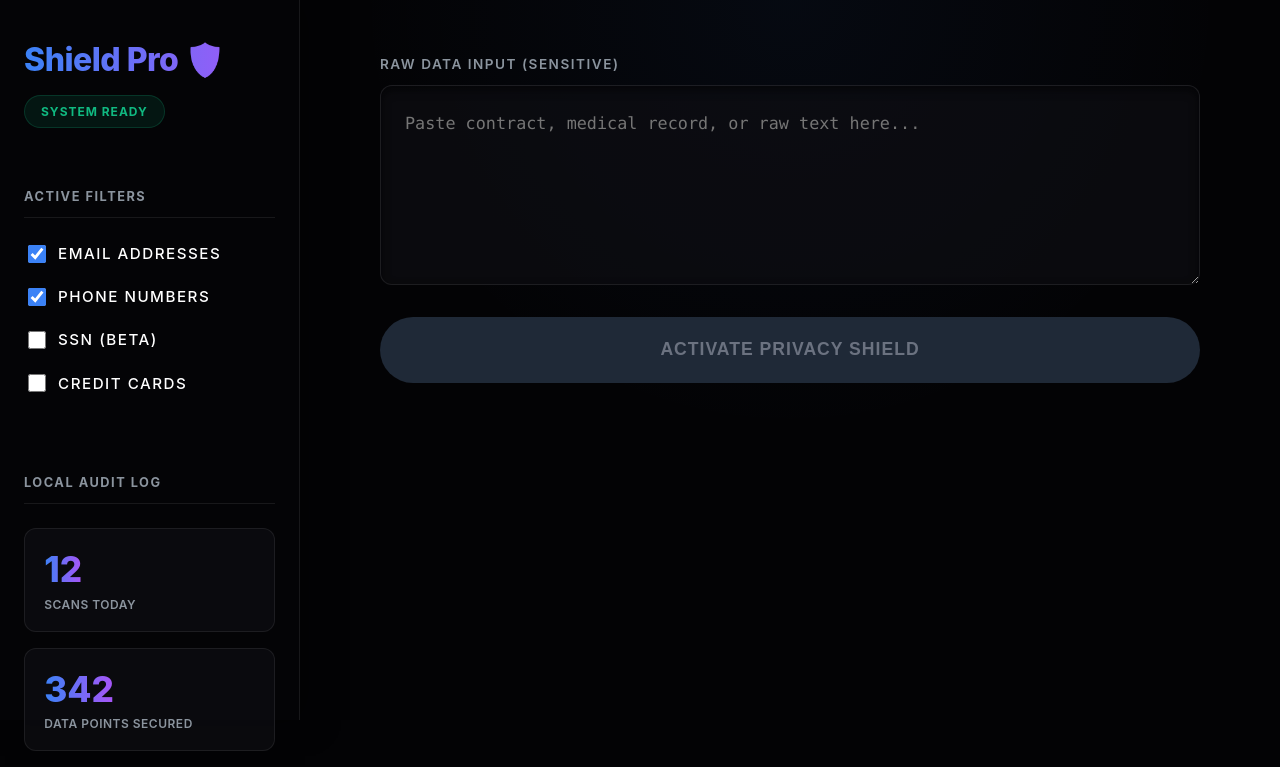
Repository: rrslt6d3/aditya-privacy-shield
Page: /
An editor plug-in stored every save of this project. The page is shown before and after the next save, followed by the edit.
The browser window is 1280 px wide. The pictures show the whole page.
The project was rebuilt for these pictures with package versions that can differ from the ones it lists, and the page was loaded fresh each time. Also part of the build but not shown: vite.config.ts.

Above is the page before, as saved 2026-02-22 15:55:20.

After the next save:
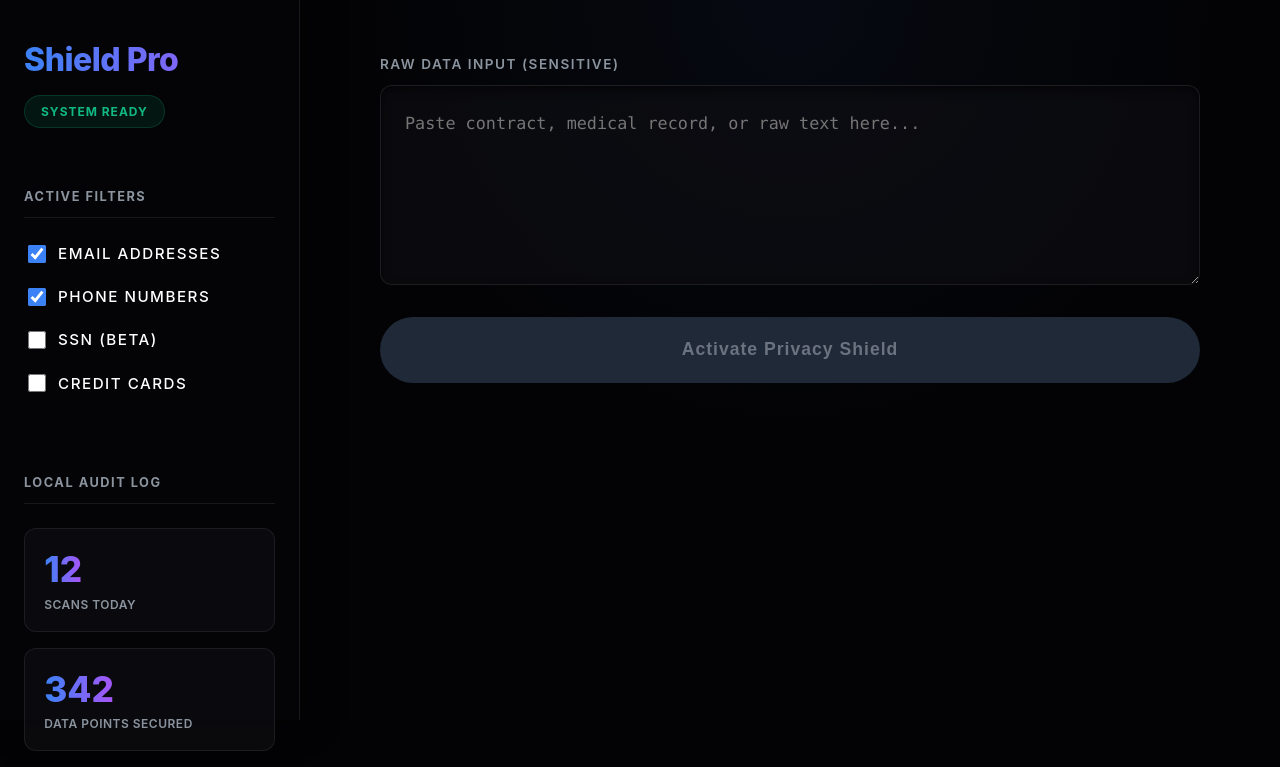
Saved 35 s later.
--- a/src/App.tsx
+++ b/src/App.tsx
@@ -51,13 +51,13 @@
       .map(b => b.toString(16).padStart(2, '0')).join('');
 
     doc.setFontSize(22);
-    doc.setTextColor(14, 165, 233); // Cyan accent
+    doc.setTextColor(59, 130, 246); // Brand Blue
     doc.text("COMPLIANCE AUDIT CERTIFICATE", 20, 30);
 
     doc.setFontSize(12);
     doc.setTextColor(100, 100, 100);
     doc.text(`Timestamp: ${currentDate}`, 20, 45);
-    doc.text("System: Shield Pro (Zero-Trust Local Engine)", 20, 52);
+    doc.text("System: Aditya Labs Privacy Shield Pro", 20, 52);
 
     doc.setTextColor(0, 0, 0);
     doc.setFontSize(14);
@@ -74,10 +74,10 @@
     doc.text("Cryptographic Hash (SHA-256 Checksum):", 20, 125);
 
     doc.setFontSize(9);
-    doc.setTextColor(16, 185, 129); // Success Green
+    doc.setTextColor(16, 185, 129);
     doc.text(auditHash, 20, 132);
 
-    doc.save(`Compliance_Audit_${new Date().getTime()}.pdf`);
+    doc.save(`AdityaLabs_Compliance_${new Date().getTime()}.pdf`);
   };
 
   const handleShield = async () => {
@@ -85,7 +85,7 @@
 
     setIsScanning(true);
     setSecureText("");
-    setStatus("INITIALIZING SCAN MATRIX...");
+    setStatus("INITIALIZING SCAN...");
 
     for (let i = 0; i <= 100; i += 5) {
       await new Promise(r => setTimeout(r, 40));
@@ -112,7 +112,7 @@
     <div className="enterprise-layout">
       <aside className="sidebar">
         <div className="brand-zone">
-          <h1>Shield Pro 🛡️</h1>
+          <h1>Shield Pro</h1>
           <div className="status-badge">{status}</div>
         </div>
 
@@ -167,7 +167,7 @@
           className={`glow-button ${isScanning ? 'scanning' : ''}`}
           disabled={isScanning || !text.trim()}
         >
-          {isScanning ? `SCANNING... ${progress}%` : "ACTIVATE PRIVACY SHIELD"}
+          {isScanning ? `Scanning... ${progress}%` : "Activate Privacy Shield"}
         </button>
 
         {isScanning && (
